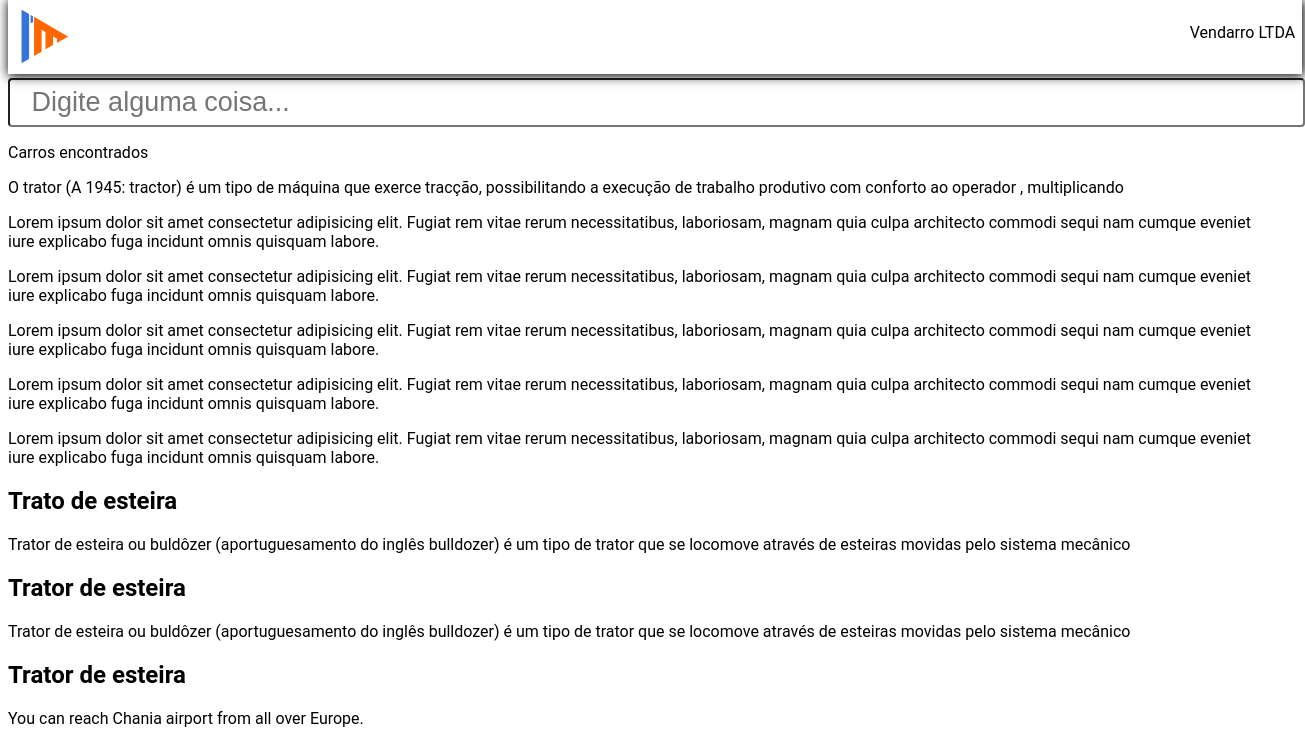
Repository: ecrseer/pesquisa-carros-html
Page: index.html
The author's editor kept a copy of each file at every save. The page is drawn from the files as they stood at one save, then again after a run of saves.
The browser window is 1280 px wide. The page is 1305 px wide, so the pictures cover 1305 px, including what lies to the right of the window. The pictures show the whole page.

Above is the page before, as saved 2022-01-21 17:00:11.

After the next 2 saves:
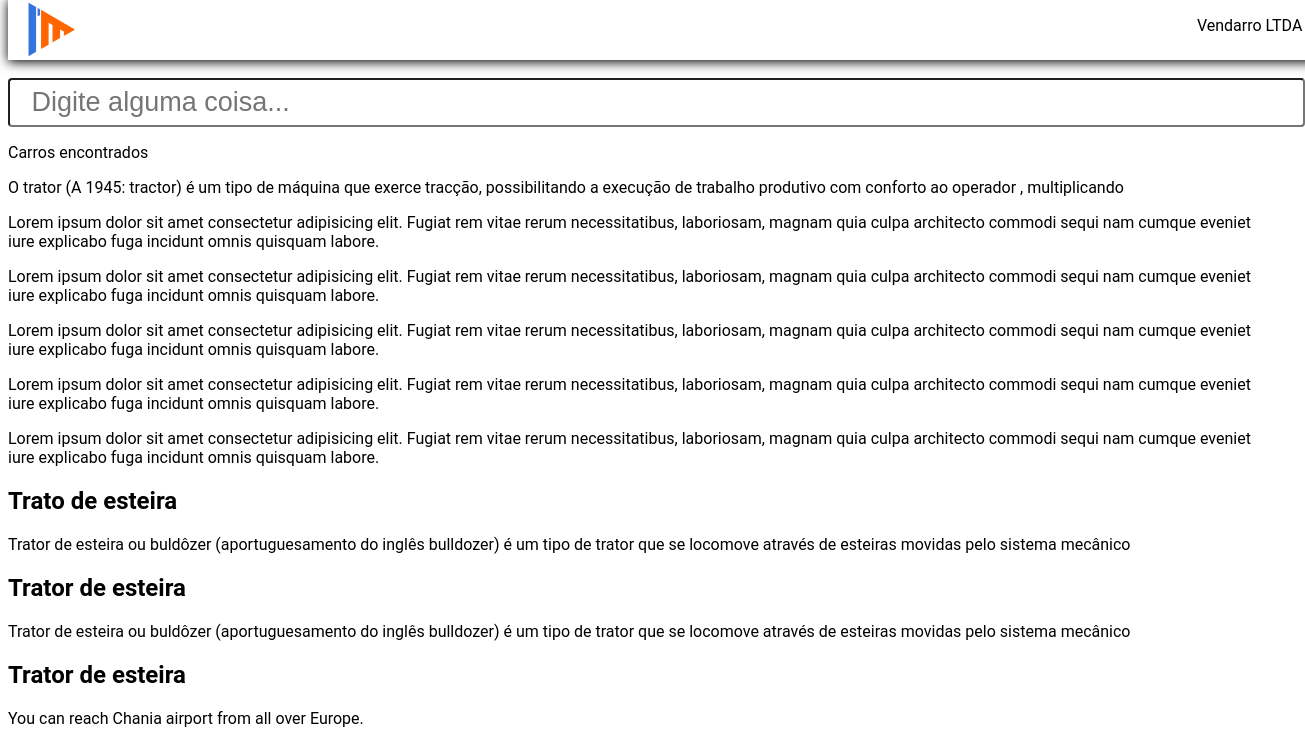
The 2 saves are shown as one change because they came seconds apart.
The last was saved 7 s later.
--- a/index.css
+++ b/index.css
@@ -27,7 +27,7 @@
     width: 100%;
     max-height: var(--topbar-altura);
     box-shadow: 1px 1px 11px 1px;
-    padding: 1vh;
+    padding: 0 2vh;
   }
   .flex{
     display: flex;
